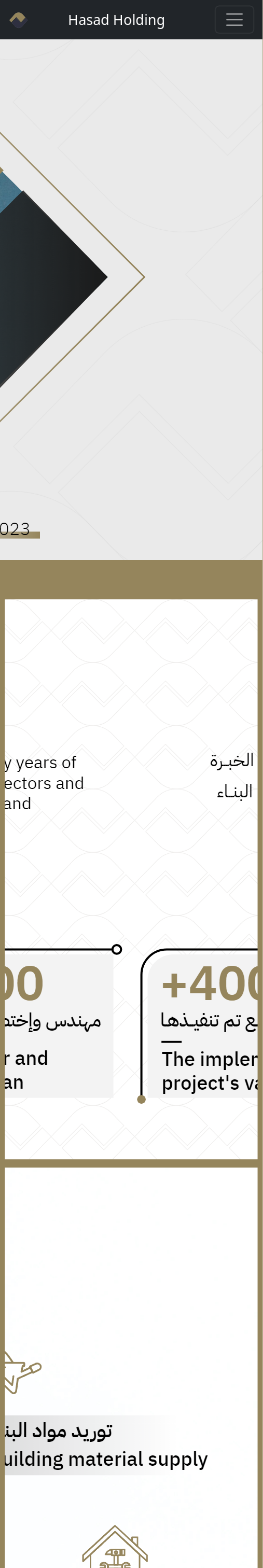
Repository: shahzaibrehman123/hasad-holding
Page: /
An editor plug-in stored every save of this project. The page is shown before and after the next save, followed by the edit.
The browser window is 375 px wide. The pictures show the part of the page from y = 0 to 2240 px (the page is 5724 px tall before and 2158 px after), at 70% of full size.
The project was rebuilt for these pictures with package versions that can differ from the ones it lists, and the page was loaded fresh each time.

Above is the page before, as saved 2023-11-07 18:37:04.

After the next save:
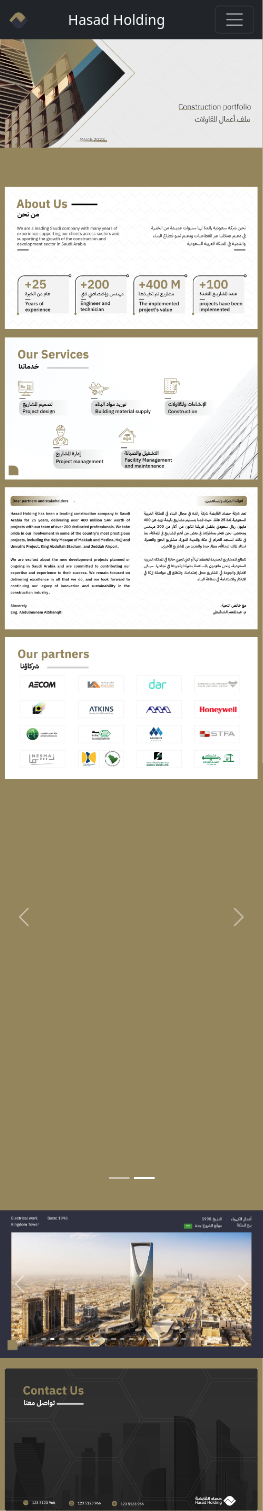
Saved 79 s later.
--- a/src/components/ClientAndPartners/style.css
+++ b/src/components/ClientAndPartners/style.css
@@ -8,3 +8,36 @@
     height: 100vh;
     object-fit: cover; /* or 'contain' depending on your needs */
   }
+
+  @media screen and (max-width: 1024px) {
+    .img-responsive {
+      width: 100%;
+      height: auto;
+      object-fit: cover;
+    }
+    .carousel-item {
+      height: auto;
+    }
+  }
+
+  @media screen and (max-width: 768px) {
+    .img-responsive {
+      width: 100%;
+      height: auto;
+      object-fit: cover;
+    }
+    .carousel-item {
+      height: auto;
+    }
+  }
+
+  @media screen and (max-width: 480px) {
+    .img-responsive {
+      width: 100%;
+      height: auto;
+      object-fit: cover;
+    }
+    .carousel-item {
+      height: auto;
+    }
+  }
